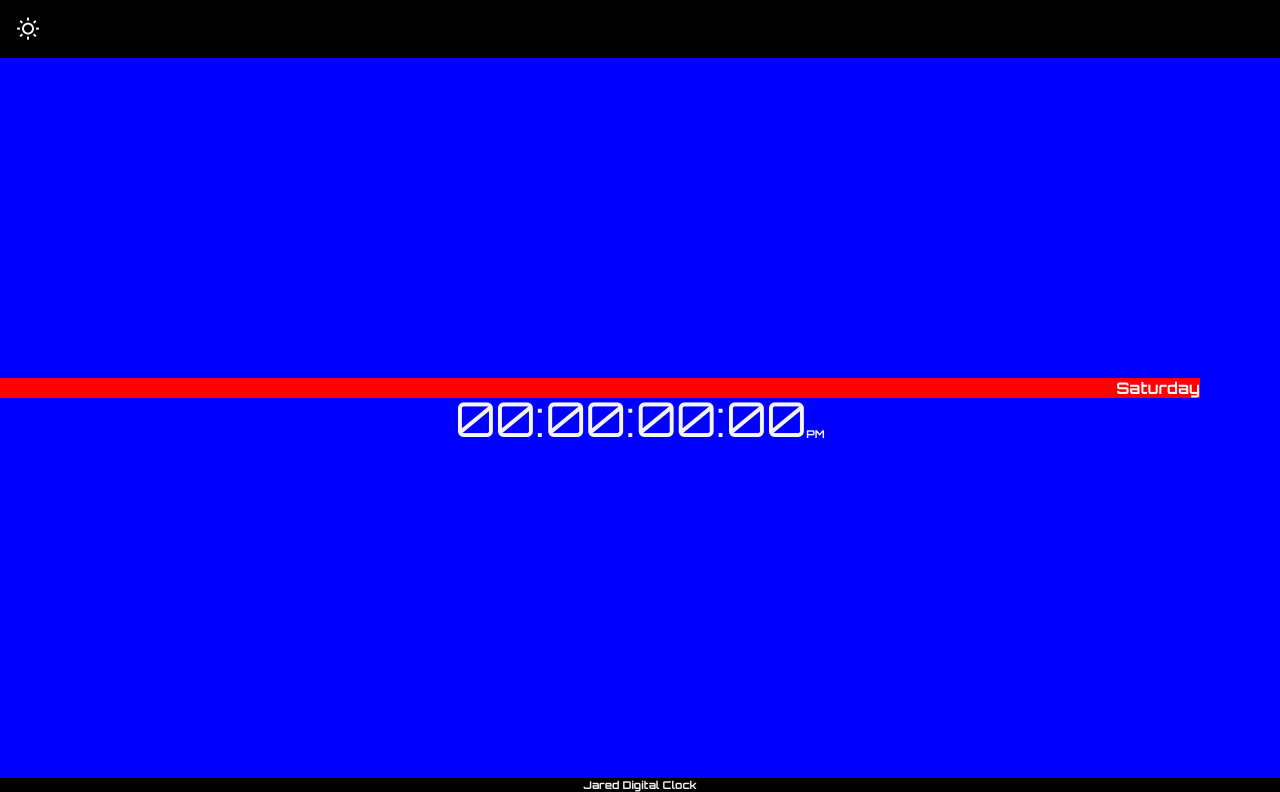
Repository: EguJaredoBoyd/Jared-Digital-Clock
Page: index.html
The author's editor kept a copy of each file at every save. The page is drawn from the files as they stood at one save, then again after the next save.
The browser window is 1280 px wide. The pictures show the whole page.
Some web libraries are served in a nearby version.

Above is the page before, as saved 2026-01-04 22:20:42.

After the next save:
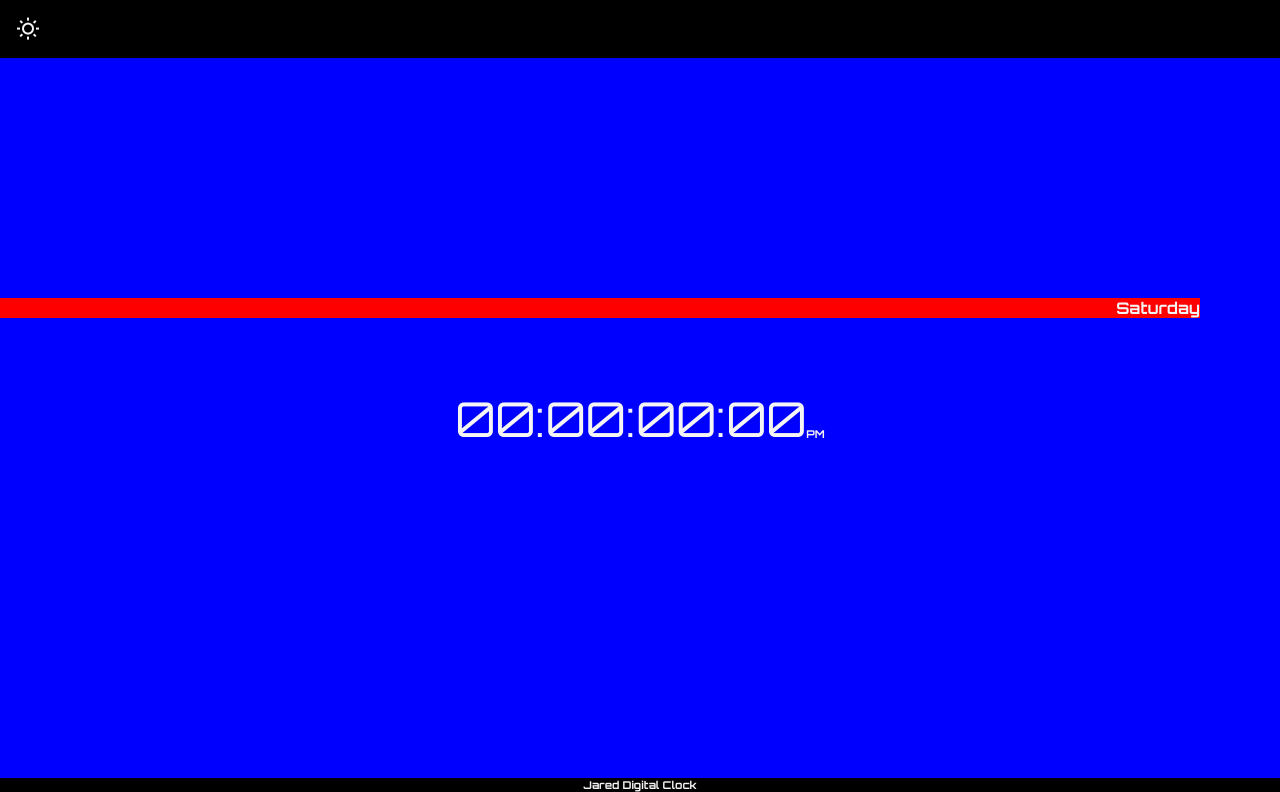
Saved 8 s later.
--- a/css/styles.css
+++ b/css/styles.css
@@ -76,7 +76,7 @@ header button i {
   justify-content: end;
   position: absolute;
   right: 5rem;
-  top: 20rem;
+  top: 15rem;
   background-color: red;
 }
 
